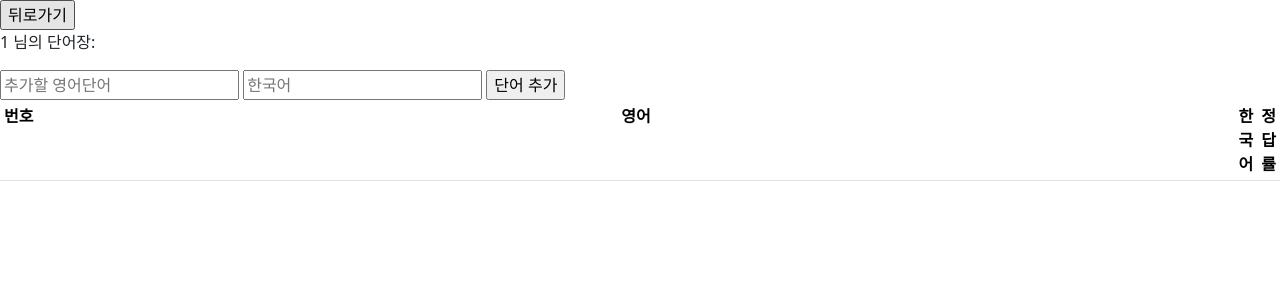
Repository: kokoko12334/myvocab-toy
Page: http://localhost/myVocabularyList/detail
An editor plug-in stored every save of this project. The page is shown before and after the next save, followed by the edit.
The browser window is 1280 px wide. The pictures show the whole page.
The page is served by Tomcat 9. The session is filled in as if someone had signed in: {"id": 1, "pwd": 1, "list": 1}. Queries for data that is not in the repository find no rows.

Above is the page before, as saved 2023-04-06 15:21:49.

After the next save:
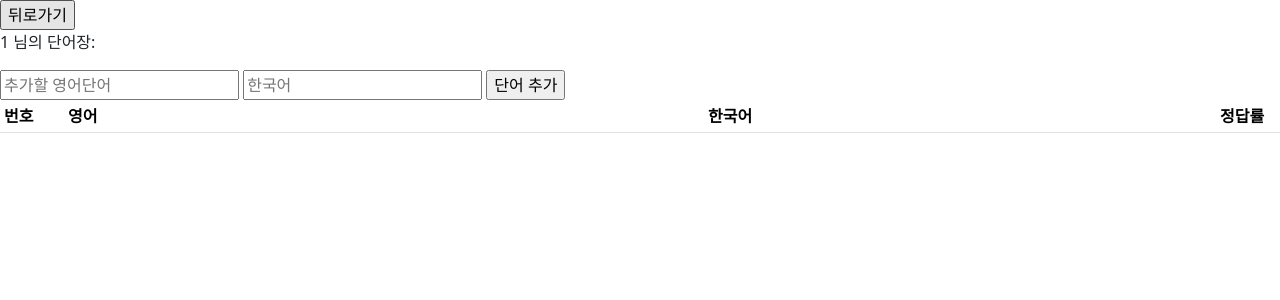
Saved 9 s later.
--- a/myVocabularyList/src/main/webapp/WEB-INF/views/myvocabulary/detail.jsp
+++ b/myVocabularyList/src/main/webapp/WEB-INF/views/myvocabulary/detail.jsp
@@ -27,7 +27,7 @@
 
 	<table class="table table-sm">
 		<colgroup>
-            <col width=50%>
+            <col width=5%>
             <col width=50%>
             <col width=40%>
             <col width=30%>
